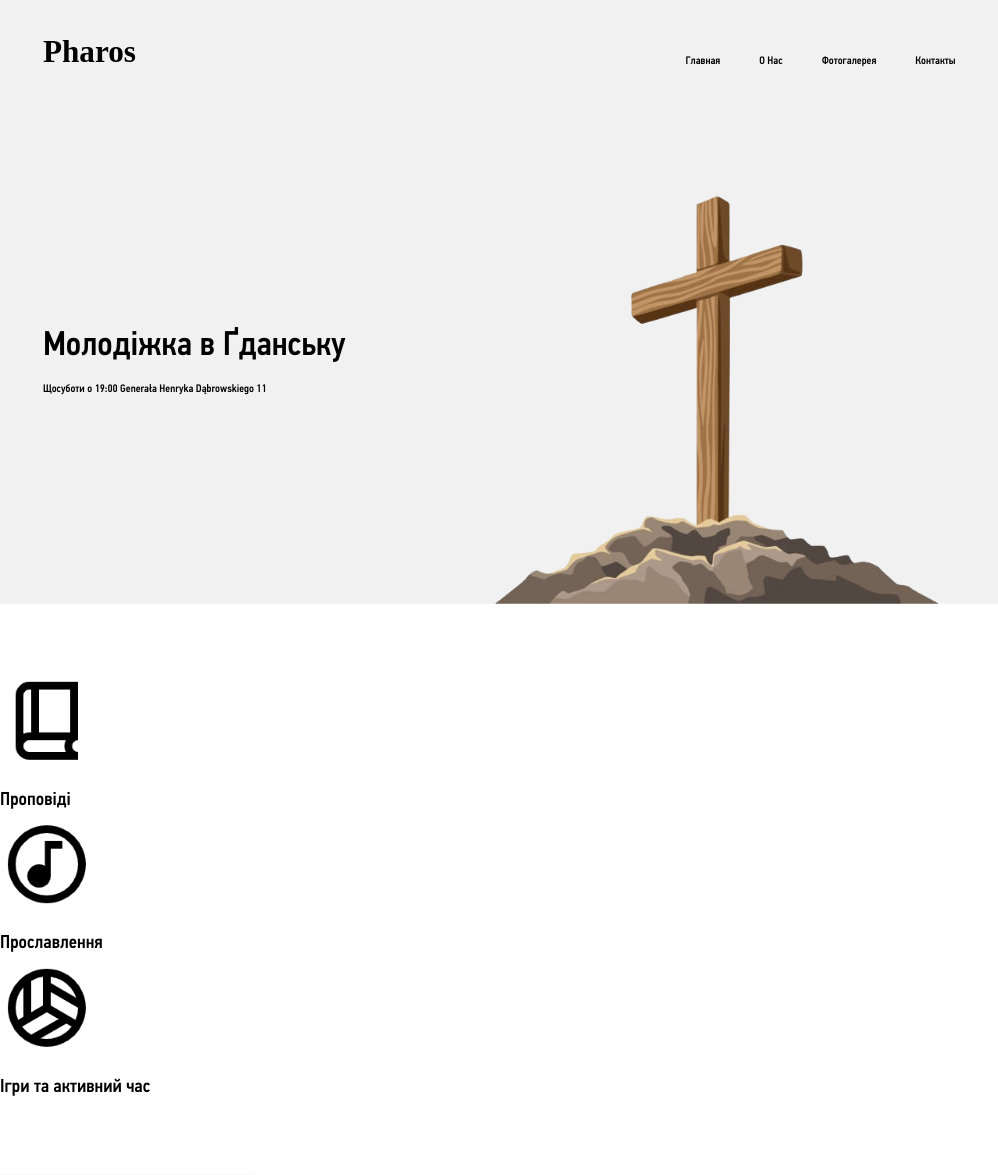
Repository: Bohdan-Sandovenko/youth-project
Page: index.html
The author's editor kept a copy of each file at every save. The page is drawn from the files as they stood at one save, then again after the next save.
The browser window is 1280 px wide. The pictures show the whole page, at 78% of full size.
Some web fonts or font styles are not loaded; a fallback is used. The style sheet was rebuilt from its Sass, Less or Tailwind sources for each picture, by a compiler version that may differ from the author's.

Above is the page before, as saved 2024-09-11 09:29:21.

### index.html
<!DOCTYPE html>
<html lang="en">
<head>
    <meta charset="UTF-8">
    <meta name="viewport" content="width=device-width, initial-scale=1.0">
    <title>Pharos - Christian youth</title>
    <link rel="stylesheet" href="css/style.css">
    <link rel="stylesheet" href="css/media.css">
</head>
<body>
    <header class="header">
        <div class="container">
            <!--Header nav-->
            <div class="header-nav">
                <a href="#!" class="logo">Pharos</a>
                <nav class="nav">
                    <ul class="nav-list">
                        <li class="nav-item"><a href="" class="nav-link">Главная</a></li>
                        <li class="nav-item"><a href="" class="nav-link">О Нас</a></li>
                        <li class="nav-item"><a href="" class="nav-link">Фотогалерея</a></li>
                        <li class="nav-item"><a href="" class="nav-link">Контакты</a></li>
                    </ul>
                </nav>
            </div>
            <!--header content-->
            <div class="header-row">
                <div class="header-content">
                    <h1 class="header-heading">Молодіжка в Ґданську</h1>
                    <p>Щосуботи о 19:00 Generała Henryka Dąbrowskiego 11</p>
                </div>
                <div class="header-img">
                    <img src="./img/cross-chrisitian.png" alt="">
                </div>
            </div>
        </div>
    </header>
    <section class="services">
        <div class="container">
            <div class="services-row">
                <div class="service-card">
                    <img class='service-card-img'src="./img/icons/bible.png" alt="">
                    <h3 class="service-card-title">Проповіді</h3>
                </div>

                <div class="service-card">
                    <img class='service-card-img' src="./img/icons/sing-song.png" alt="">
                    <h3 class="service-card-title">Прославлення</h3>
                </div>

                <div class="service-card">
                    <img class='service-card-img' src="./img/icons/active-games.png" alt="">
                    <h3 class="service-card-title">Ігри та активний час</h3>
                </div>
            </div>
        </div>
    </section>
    <script src="./js/main.js"></script>
</body>
</html>

### css/style.scss
@import "nullstyles.scss";

@font-face {
    font-family: 'Poppins';
    src: url('../fonts/Poppins/PFDinTextCondPro-Medium.woff2') format('woff2');
    font-weight: 900;
    font-style: bold;
    font-display: swap;
}

@font-face {
    font-family: 'Permanent Marker';
    src: url('../fonts/Permanent/PermanentMarker-Regular.woff2') format('woff2');
    font-weight: normal;
    font-style: normal;
    font-display: swap;
}

body {
    color: black;
    font-family: 'Poppins', sans-serif;

    .header {
        padding: 46px 0px 0px 0px;
        background-color: #F1F1F1;

        .container {
            max-width: 1230px;
            padding: 0 30px;
            margin: 0 auto;

            .header-nav {
                display: flex;
                justify-content: space-between;
                align-items: flex-end;
                margin-bottom: 76px;

                .logo {
                    font-family: 'Permanent Marker';
                    font-weight: 700;
                    font-size: 40px;
                    color: black;
                }

                .nav-list {
                    display: flex;
                    column-gap: 50px; //оступы между элементами
                    font-size: 14px;

                    .nav-item {
                        .nav-link {
                            color: black;

                            &:hover {
                                color: #606060;
                            }
                        }
                    }
                }
            }

            .header-row {
                display: flex;
                justify-content: space-between;
                column-gap: 30px;

                .header-content {
                    max-width: 500px;
                    align-self: center;

                    .header-heading {
                        font-weight: 600;
                        margin-bottom: 20px;
                        font-size: 44px;
                    }

                    p {
                        line-height: 2;
                    }
                }
            }
        }
    }

    //Service
    .services {
        padding: 90px 0px;

        .container {
            .services-row {
                .service-card {
                    .service-card-img {
                        margin-bottom: 30px;
                    }

                    .service-card-title {
                        font-weight: 600;
                        font-size: 24px;
                        margin-bottom: 10px;
                    }
                }
            }
        }
    }
}

### css/nullstyles.scss
* {
    padding: 0;
    margin: 0;
    border: 0;
}


*,
*:before,
*:after {
    -webkit-box-sizing: border-box;
    -moz-box-sizing: border-box;
    box-sizing: border-box;
}


:focus,
:active {
    outline: none;
}

a:focus,
a:active {
    outline: none;
}


nav,
footer,
header,
aside {
    display: block;
}


html,
body {
    height: 100%;
    width: 100%;
    font-size: 100%;
    line-height: 1;
    font-size: 14px;
    -ms-text-size-adjust: 100%;
    -moz-text-size-adjust: 100%;
    -webkit-text-size-adjust: 100%;
}


input,
button,
textarea {
    font-family: inherit;
}


input::-ms-clear {
    display: none;
}

button {
    cursor: pointer;
}

button::-moz-focus-inner {
    padding: 0;
    border: 0;
}

a,
a:visited {
    text-decoration: none;
}

a:hover {
    text-decoration: none;
}

ul li {
    list-style: none;
}

img {
    vertical-align: top;
}

h1,
h2,
h3,
h4,
h5,
h6 {
    font-size: inherit;
    font-weight: 400;
}

Loaded but not shown: js/main.js (no stored copy; drawn as an empty file); css/media.scss (no stored copy; drawn as an empty file)

After the next save:
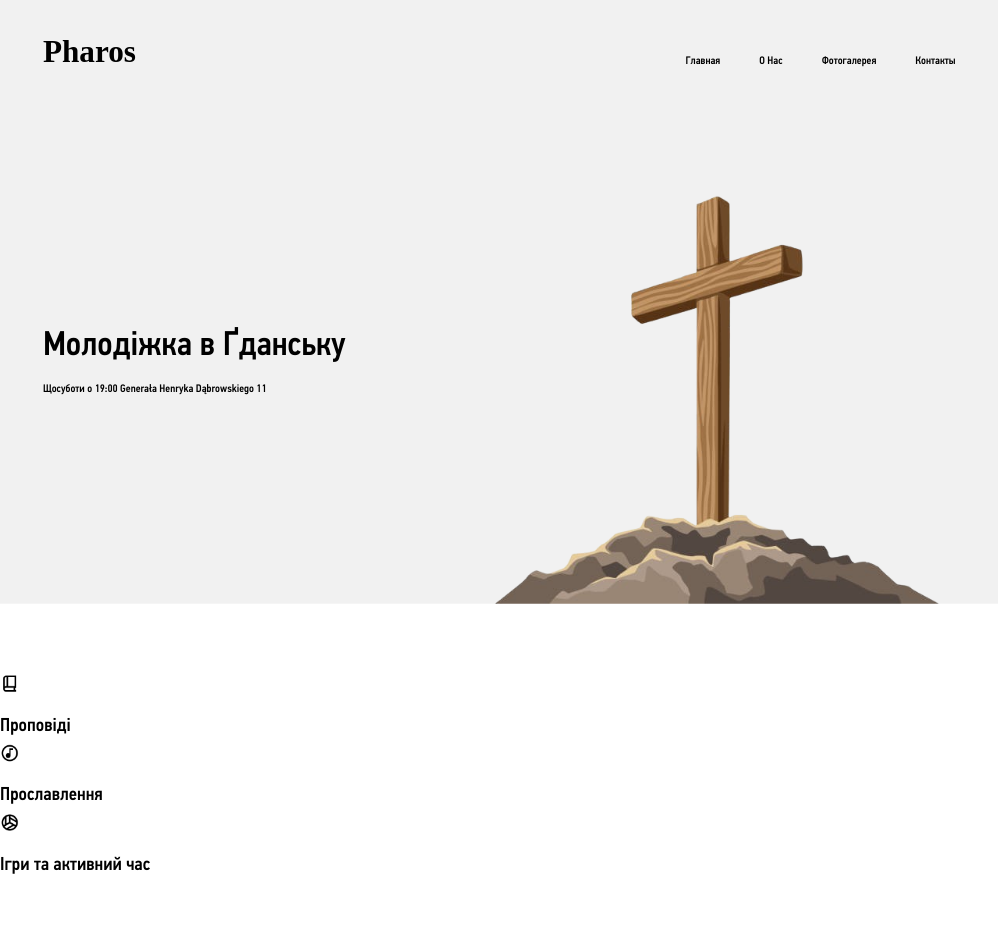
Saved 2 min 4 s later.
--- a/css/style.scss
+++ b/css/style.scss
@@ -90,6 +90,8 @@ body {
             .services-row {
                 .service-card {
                     .service-card-img {
+                        height: 25px;
+                        width: 25px;
                         margin-bottom: 30px;
                     }
 
